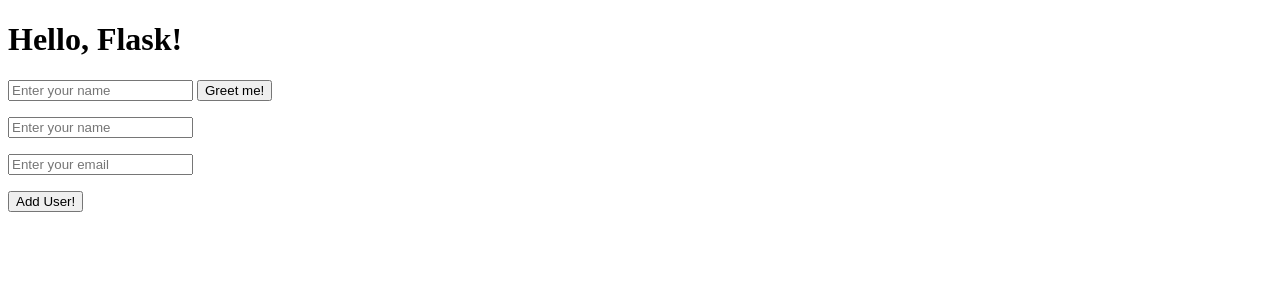
Repository: AlexandruMoloman/Instagram-Login-25Sep2024-
Page: http://localhost/
An editor plug-in stored every save of this project. The page is shown before and after the next save, followed by the edit.
The browser window is 1280 px wide. The pictures show the whole page.
The page is served by the project's application, run on Flask 3 (app.py).

Above is the page before, as saved 2024-09-15 21:54:17.

### templates/index.html
<!DOCTYPE html>
<html lang="en">
  <head>
    <meta charset="UTF-8" />
    <meta name="viewport" content="width=device-width, initial-scale=1.0" />
    <title>First Flusk step</title>
  </head>
  <body>
    <h1>Hello, {{name}}!</h1>
    <form method="POST" action="/greet">
      <input type="text" name="username" placeholder="Enter your name" />
      <input type="submit" value="Greet me!" />
    </form>
    <p></p>

    <form method="POST" action="/add_user">
      <p>
        <input type="text" name="username" placeholder="Enter your name" />
      </p>
      <p>
        <input type="email" name="email" placeholder="Enter your email" />
      </p>
      <input type="submit" value="Add User!" />
    </form>
  </body>
</html>

### app.py
from flask import Flask, render_template, request
from flask_sqlalchemy import SQLAlchemy

app = Flask(__name__)

# Настройка подключения к базе данных MySQL
app.config['SQLALCHEMY_DATABASE_URI'] = 'mysql+pymysql://moloman:Moloman1994@localhost/flask_app'
app.config['SQLALCHEMY_TRACK_MODIFICATIONS'] = False

db = SQLAlchemy(app)

# Определение модели User
class User(db.Model):
    id = db.Column(db.Integer, primary_key=True)
    username = db.Column(db.String(80), unique=True, nullable=False)
    email = db.Column(db.String(120), unique=True, nullable=False)

    def __repr__(self):
        return f'<User {self.username}>'

# Создание таблиц
with app.app_context():
    db.create_all()

@app.route('/')
def home():
    return render_template('index.html', name="Flask")

@app.route('/about')
def about():
    return "About you do!"

@app.route('/add_user',methods=['POST'] )
def add_user():
    username=request.form['username']
    email=request.form['email']

    new_user=User(username=username, email=email)

    db.session.add(new_user)
    db.session.commit()

    return f"User {username} added successfully!"

@app.route('/user/<username>')
def user_profile(username):
    return f"Hi, {username}!"



@app.route('/greet', methods=['POST'])
def greet():
    username = request.form['username']
    return f"Hello, {username}!"




if __name__ == '__main__':
    app.run(debug=True)

After the next save:
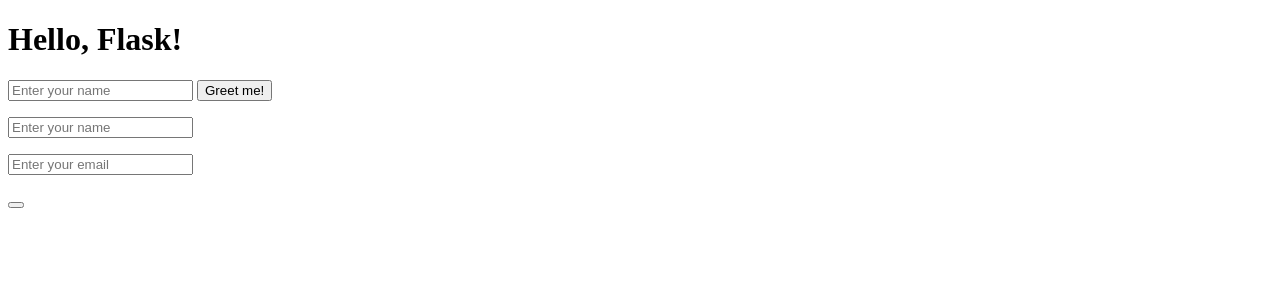
Saved 39 s later.
--- a/templates/index.html
+++ b/templates/index.html
@@ -20,7 +20,7 @@
       <p>
         <input type="email" name="email" placeholder="Enter your email" />
       </p>
-      <input type="submit" value="Add User!" />
+      <button type="submit" value="Add User!" />
     </form>
   </body>
 </html>
